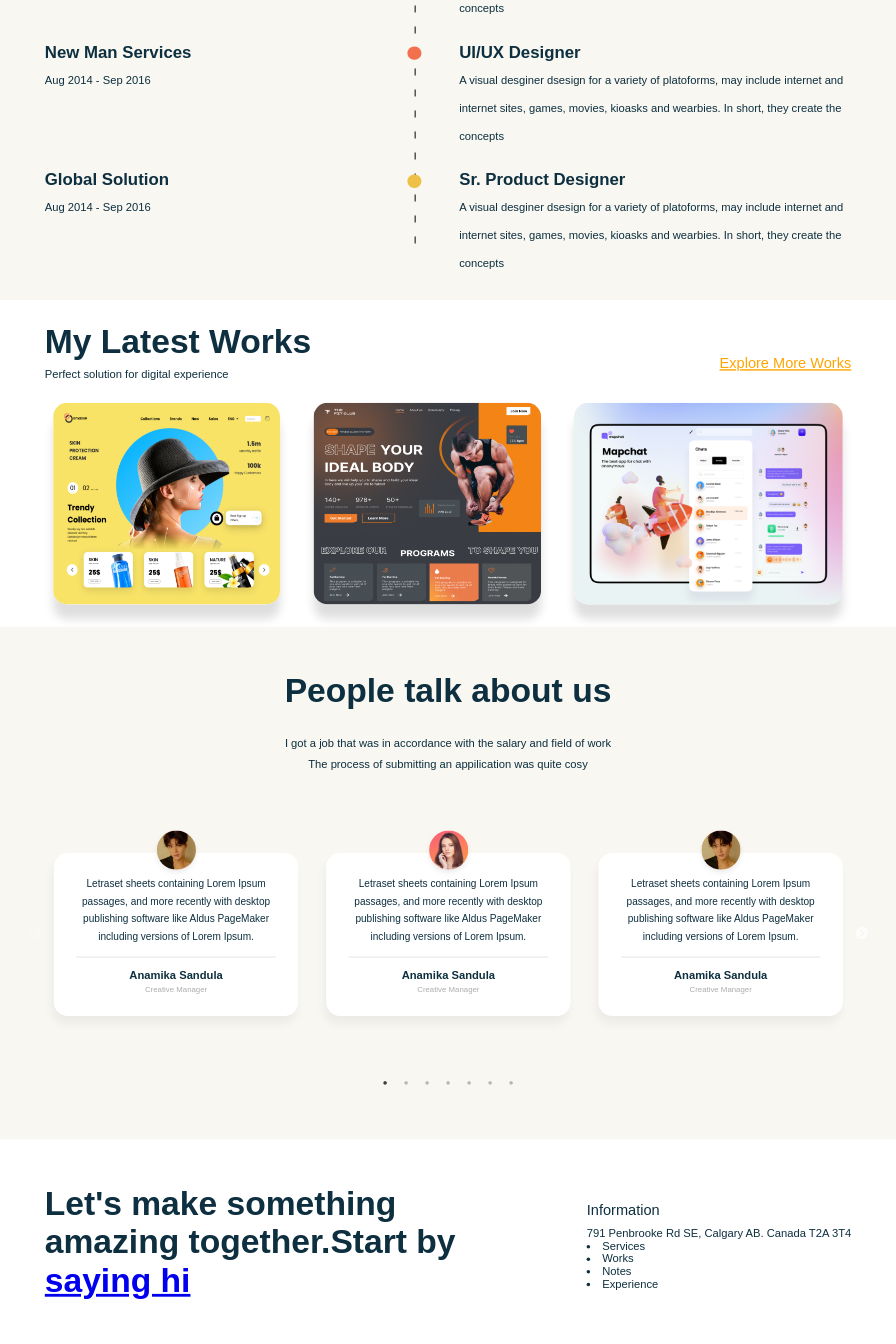
Repository: davedeguia/framer-motion-portfolio
Page: /
The author's editor kept a copy of each file at every save. The page is drawn from the files as they stood at one save, then again after the next save.
The browser window is 1280 px wide. The pictures show the part of the page from y = 1459 to 3379 px (the page is 3379 px tall), at 70% of full size.
Some web fonts or font styles are not loaded; a fallback is used. Some web libraries are served in a nearby version. The project was rebuilt for these pictures with package versions that can differ from the ones it lists, and the page was loaded fresh each time. Also part of the build but not shown: vite.config.js.

Above is the page before, as saved 2023-02-11 07:35:22.

After the next save:
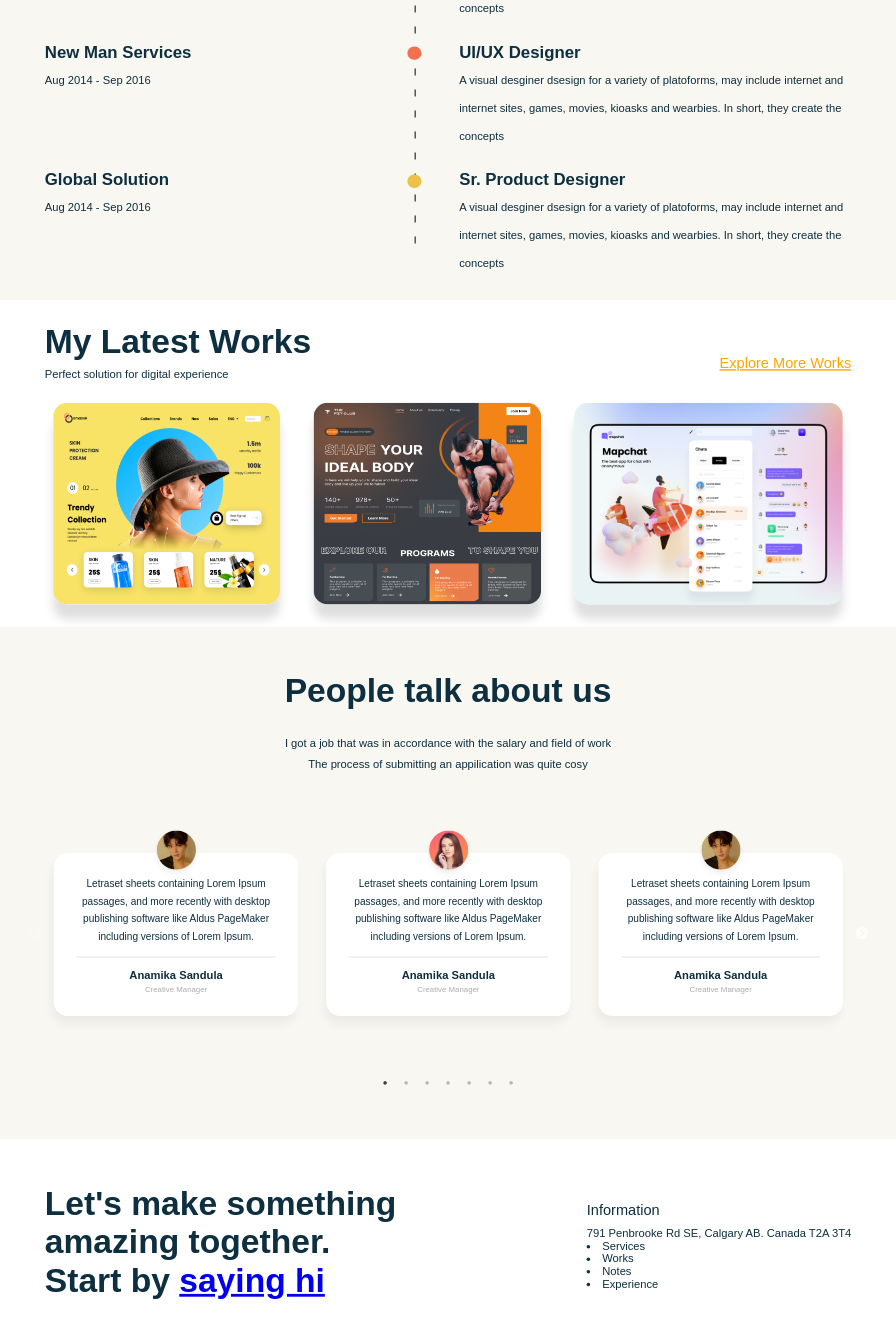
Saved 28 s later.
--- a/src/components/Footer/Footer.module.scss
+++ b/src/components/Footer/Footer.module.scss
@@ -9,6 +9,14 @@
 
         .left {
             flex: 3;
+
+            >*{
+                display: block;
+            }
+
+            >:nth-child(2) {
+
+            }
         }
     }
 }
